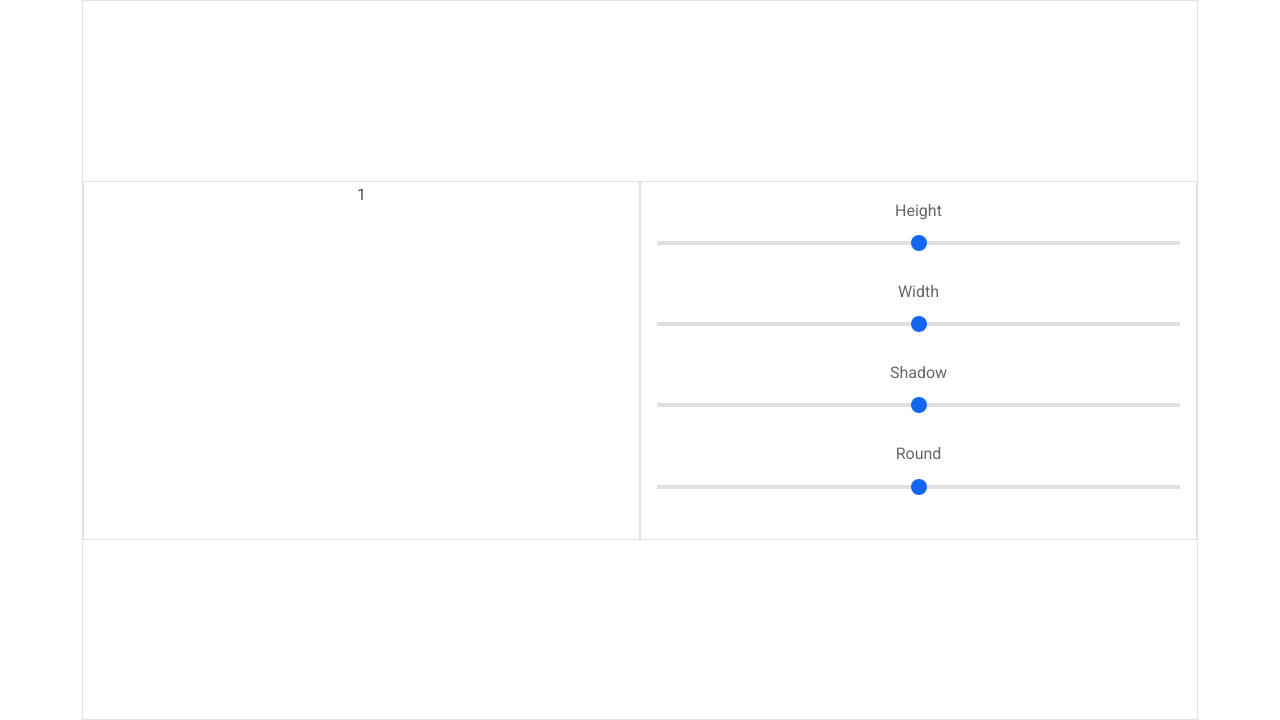
Repository: USaditya98/card-generator
Page: index.html
These files come from the project's save history. The page is drawn as it stood at one moment and after the next save; the edit follows.
The browser window is 1280 px wide. The pictures show the whole page.

Above is the page before, as saved 2021-10-20 11:13:40.

After the next save:
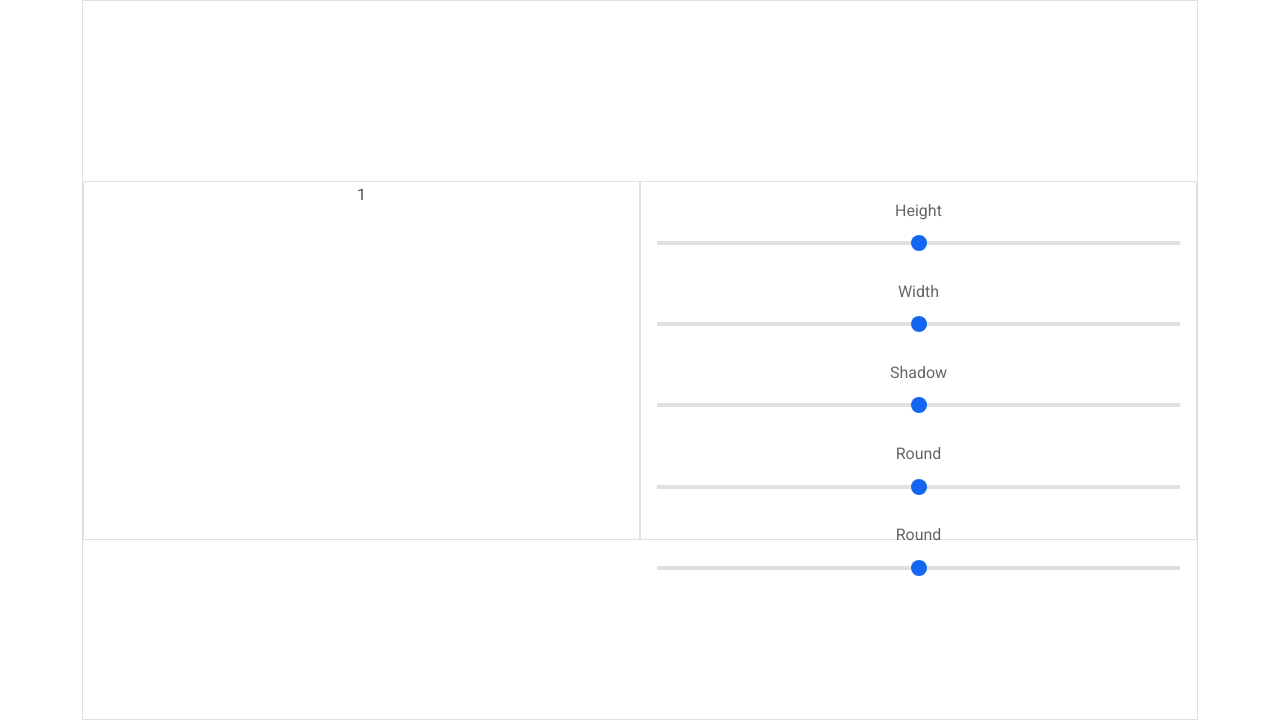
Saved 8 s later.
--- a/index.html
+++ b/index.html
@@ -47,6 +47,12 @@
                 <input type="range" class="form-range" id="customRange1" />
                 </div>
             </div>
+            <div class="m-3">
+                <label class="form-label" for="customRange1">Round</label>
+                <div class="range">
+                <input type="range" class="form-range" id="customRange1" />
+                </div>
+            </div>
             </div>
       </div>
     </div>
